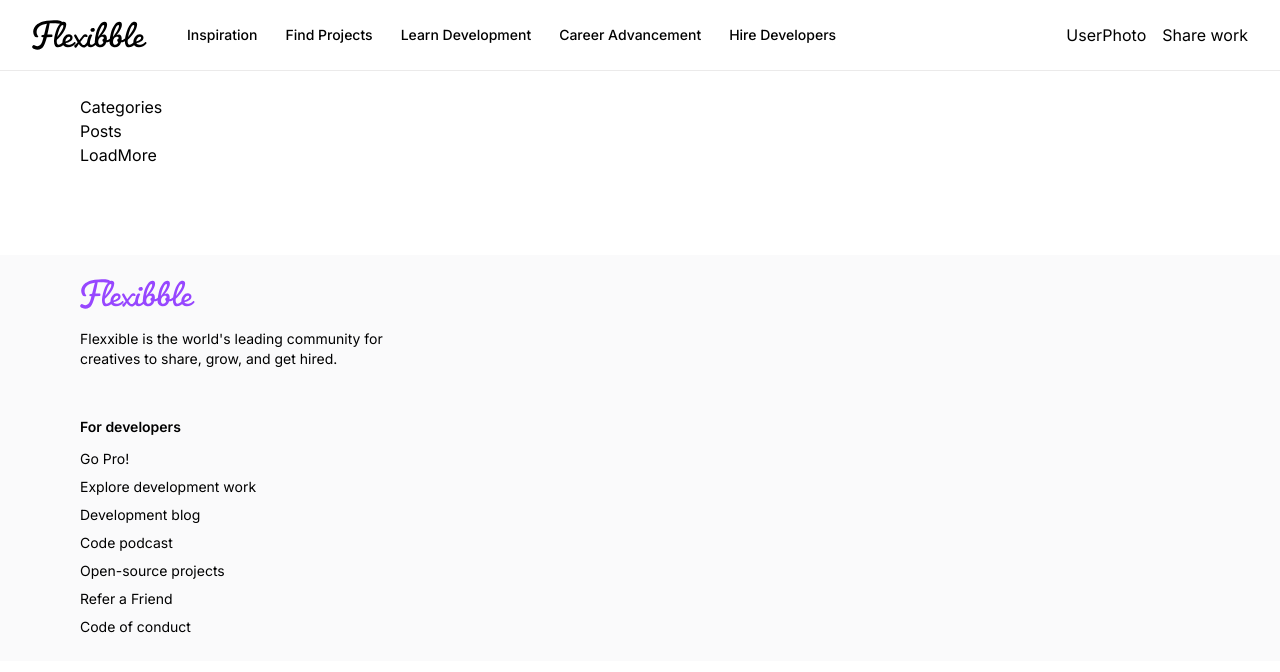
Repository: AmolPawar7181/flexibble
Page: /
These files come from the project's save history. The page is drawn as it stood at one moment and after the next save; the edit follows.
The browser window is 1280 px wide. The pictures show the whole page.
The project was rebuilt for these pictures with package versions that can differ from the ones it lists, and the page was loaded fresh each time. The framework's server and built-in components were replaced by stand-ins that run in the browser. Also part of the build but not shown: next.config.js, app/components/AuthProviders.tsx.

Above is the page before, as saved 2023-07-11 17:02:25.

After the next save:
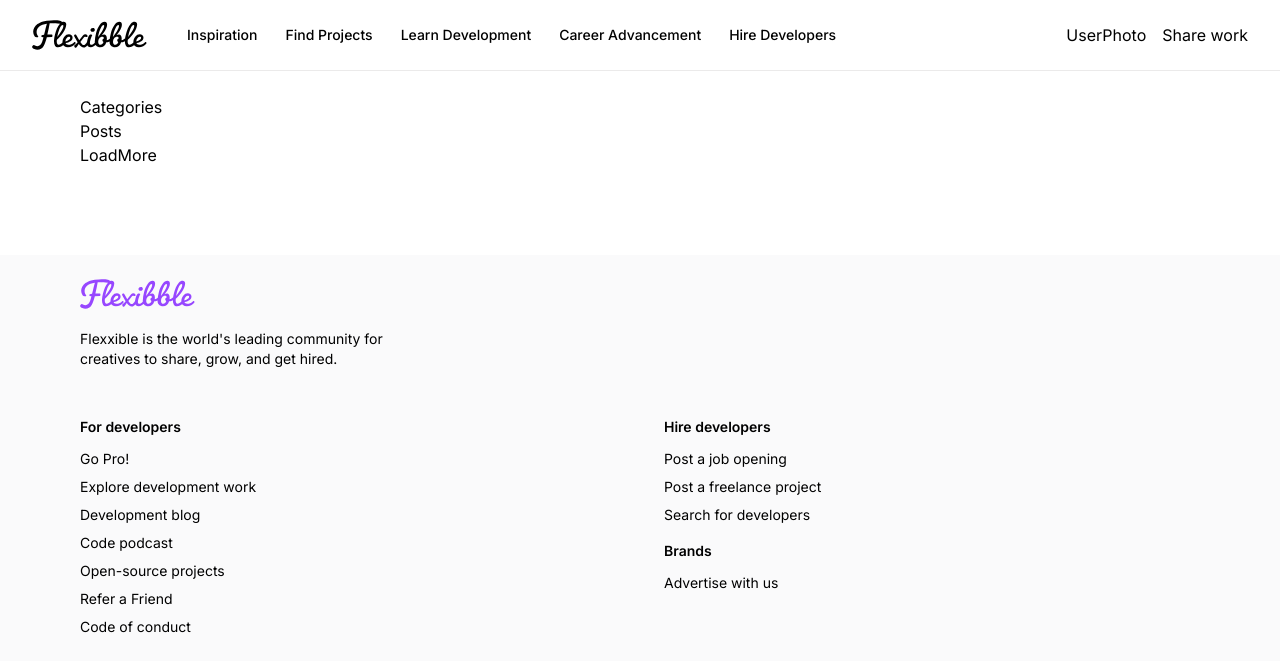
Saved 2 min 24 s later.
--- a/app/components/Footer.tsx
+++ b/app/components/Footer.tsx
@@ -43,6 +43,16 @@ const Footer = () => {
 						title={footerLinks[0].title}
 						links={footerLinks[0].links}
 					/>
+					<div className='flex-1 flex flex-col gap-4'>
+						<FooterColumn
+							title={footerLinks[1].title}
+							links={footerLinks[1].links}
+						/>
+						<FooterColumn
+							title={footerLinks[2].title}
+							links={footerLinks[2].links}
+						/>
+					</div>
 				</div>
 			</div>
 		</footer>
